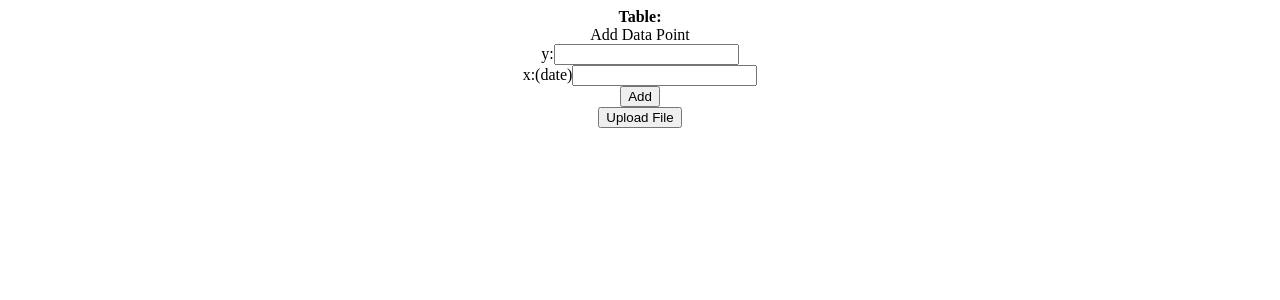
Repository: kemiporto/cmpe272-group12
Page: http://localhost/ESPAWSProject/addNewDataPage.jsp
The author's editor kept a copy of each file at every save. The page is drawn from the files as they stood at one save, then again after the next save.
The browser window is 1280 px wide. The pictures show the whole page.
The page is served by Tomcat 9. Other server files are loaded and not shown.

Above is the page before, as saved 2014-04-18 06:17:37.

### AWS/ESPAWSProject/WebContent/addNewDataPage.jsp
<html>
<head>
    <title>Add New Data Page</title>
  </head>

<body>
	<% String tableSelected = request.getParameter("selectTable"); %>
	<div>
		<div style="font-weight:bold;text-align:center">Table:</div>
		<div style="text-align:center">Add Data Point</div>

		<div style="text-align:center">y:<input type="text"></div>
		<div style="text-align:center">x:(date)<input type="text" ></div>

		<div style="text-align:center"><input type="button" value="Add"/></div>
		<div style="text-align:center"><input type="button" value="Upload File"/></div>



	</div>
</body>
</html>

After the next save:
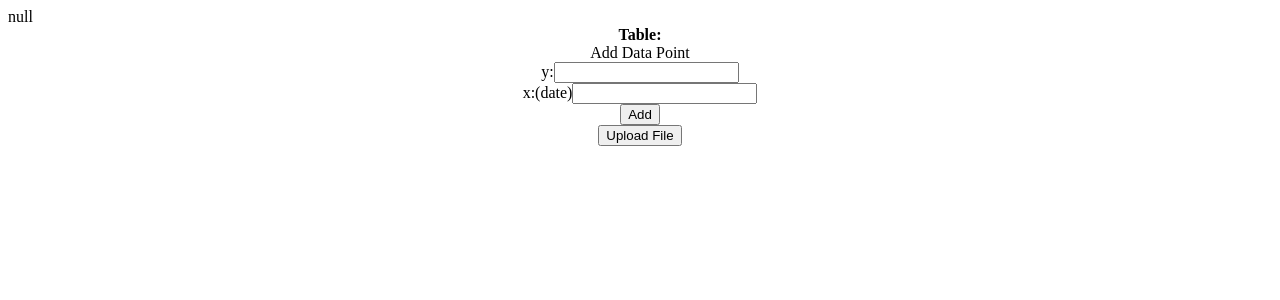
Saved 10 s later.
--- a/AWS/ESPAWSProject/WebContent/addNewDataPage.jsp
+++ b/AWS/ESPAWSProject/WebContent/addNewDataPage.jsp
@@ -5,6 +5,7 @@
 
 <body>
 	<% String tableSelected = request.getParameter("selectTable"); %>
+	<%= tableSelected %>
 	<div>
 		<div style="font-weight:bold;text-align:center">Table:</div>
 		<div style="text-align:center">Add Data Point</div>
